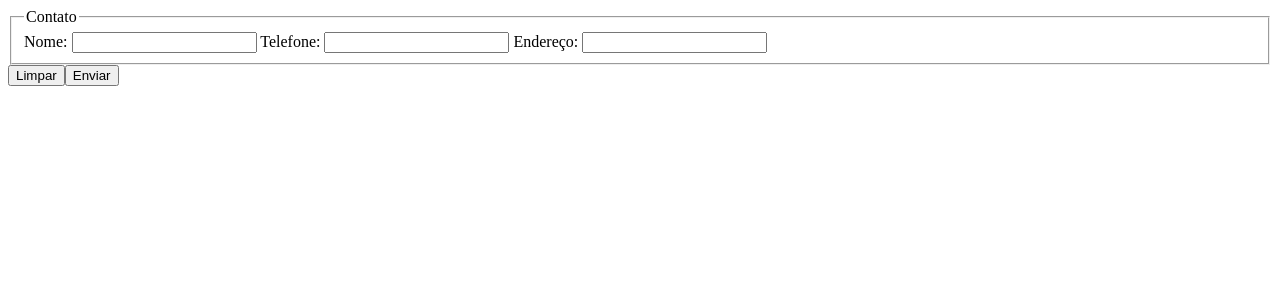
Repository: Ro4ever/ProjetoTrilhaWeb
Page: exemploServlet/src/main/webapp/contato.html
An editor plug-in stored every save of this project. The page is shown before and after the next save, followed by the edit.
The browser window is 1280 px wide. The pictures show the whole page.

Above is the page before, as saved 2024-03-21 23:43:28.

### exemploServlet/src/main/webapp/contato.html
<!DOCTYPE html>
<html>
<head>
<meta charset="UTF-8">
<title>Insert title here</title>
</head>
<body>
<section>
	<form>
	 <fieldset class="faleConosco">
         <legend>Contato</legend>
         <label for="nome">Nome: </label>
         <input type="text" name="txtnome" id="nome">
         <label for="fone">Telefone: </label>
         <input type="text" name="txtfone" id="fone">
         <label for="text">Endereço: </label>
         <input type="text" name="txtendereco" id="endereco">
      </fieldset>
      <button type="reset">Limpar</button><button type="submit">Enviar</button>
	</form>
</section>
</body>
</html>

### exemploServlet/src/main/webapp/style.css
@charset "UTF-8";
.faleConosco{
    width: 300px;
    margin: 0px auto;
    font-weight: bold;
    margin-bottom: 10px;
}

.faleConosco input, .faleConosco textarea, .faleConosco select{
    margin: 5px auto;
    width: 100%;
    padding: 5px 0;
}

.faleConosco textarea{
    height: 100px;
    resize: none;
}

.faleConosco button{
    width: 30%;
    margin: 0 10%;
    background-color: #b1ccf5;
    font-weight: bold;
    font-size: 16px;
}

After the next save:
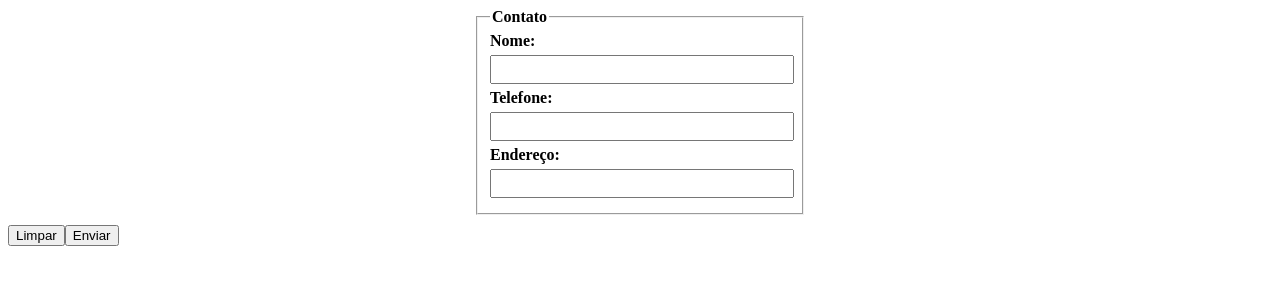
Saved 68 s later.
--- a/exemploServlet/src/main/webapp/contato.html
+++ b/exemploServlet/src/main/webapp/contato.html
@@ -2,6 +2,7 @@
 <html>
 <head>
 <meta charset="UTF-8">
+<link rel="stylesheet" type="text/css" href="style.css">
 <title>Insert title here</title>
 </head>
 <body>
